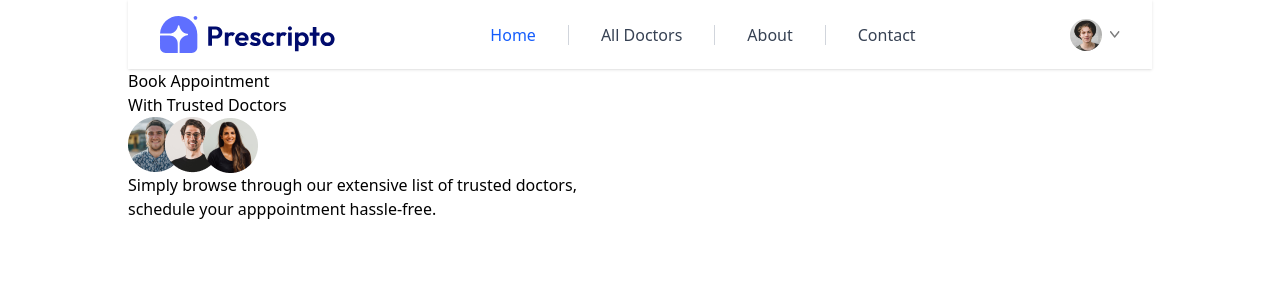
Repository: Pran2535/appointement_booking
Page: / (app in frontend/)
The author's editor kept a copy of each file at every save. The page is drawn from the files as they stood at one save, then again after the next save.
The browser window is 1280 px wide. The pictures show the whole page.
The project was rebuilt for these pictures with package versions that can differ from the ones it lists, and the page was loaded fresh each time. Also part of the build but not shown: frontend/vite.config.js, frontend/src/pages/About.jsx, frontend/src/pages/MyAppointments.jsx, frontend/src/pages/Doctors.jsx, frontend/src/pages/Login.jsx, frontend/src/pages/Contact.jsx, frontend/src/pages/MyProfile.jsx, frontend/src/pages/Appointment.jsx.

Above is the page before, as saved 2025-02-16 20:51:29.

After the next save:
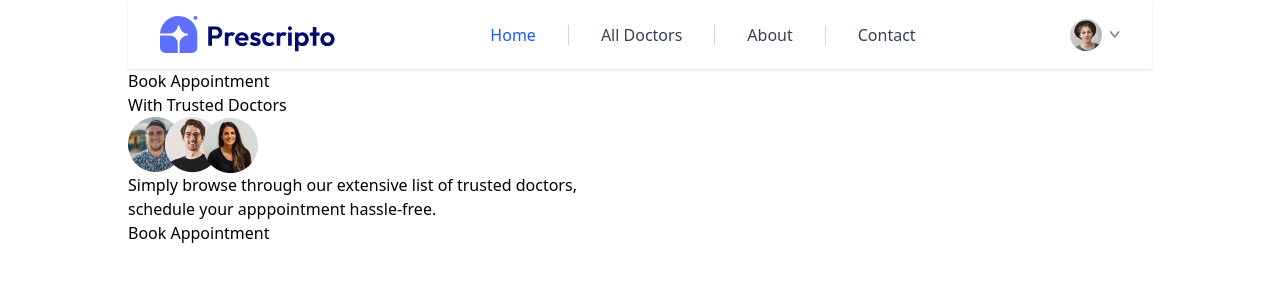
Saved 49 s later.
--- a/frontend/src/components/Header.jsx
+++ b/frontend/src/components/Header.jsx
@@ -12,6 +12,8 @@ const Header = () => {
         <br /> schedule your apppointment hassle-free.
     </p>
 </div>
+< a href="">Book Appointment
+</a>
       </div>
 {/* { right side } */}
 <div className="">
